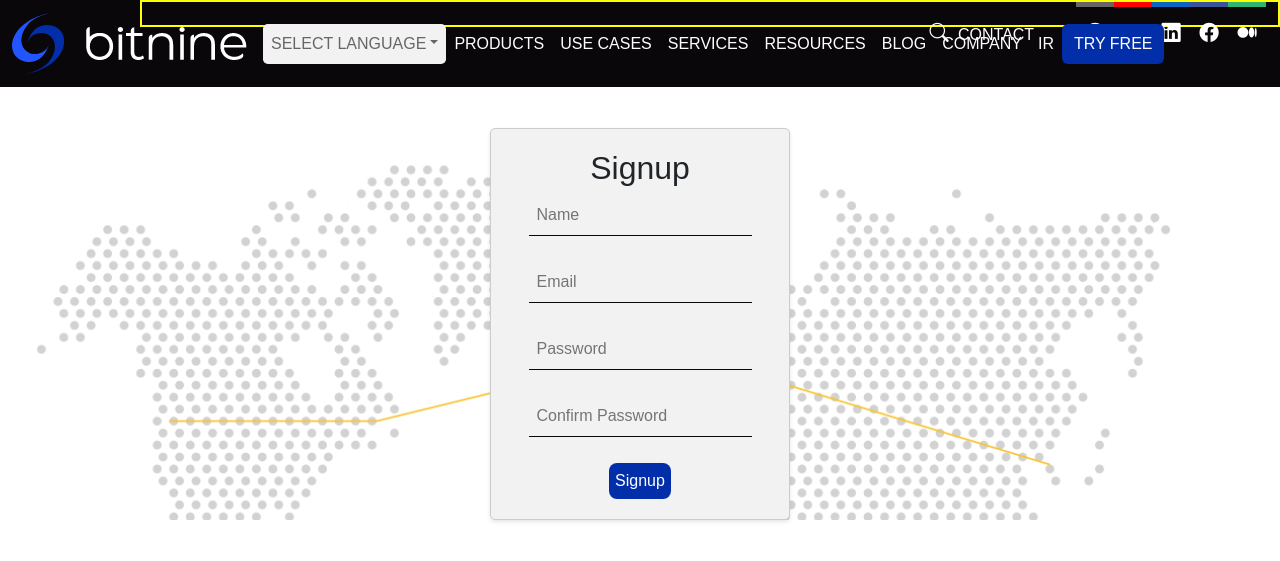
Repository: devblackie/signinpage
Page: /
An editor plug-in stored every save of this project. The page is shown before and after the next save, followed by the edit.
The browser window is 1280 px wide. The pictures show the whole page.
Some web fonts or font styles are not loaded; a fallback is used. The project was rebuilt for these pictures with package versions that can differ from the ones it lists, and the page was loaded fresh each time. Also part of the build but not shown: vite.config.js, src/components/Login.jsx, src/components/Dashboard.jsx, src/components/Home.jsx, src/components/ProtectedDashboard.jsx.

Above is the page before, as saved 2023-08-28 17:26:36.

### index.html
<!doctype html>
<html lang="en">
  <head>
    <meta charset="UTF-8" />
    <link rel="preconnect" href="https://fonts.googleapis.com">
<link rel="preconnect" href="https://fonts.gstatic.com" crossorigin>
<link href="https://fonts.googleapis.com/css2?family=Monda:wght@400;700&display=swap" rel="stylesheet">
    <link rel="stylesheet" href="https://cdn.jsdelivr.net/npm/bootstrap-icons@1.10.5/font/bootstrap-icons.css">
    <link href="https://cdn.jsdelivr.net/npm/bootstrap@5.3.1/dist/css/bootstrap.min.css" rel="stylesheet" integrity="sha384-4bw+/aepP/YC94hEpVNVgiZdgIC5+VKNBQNGCHeKRQN+PtmoHDEXuppvnDJzQIu9" crossorigin="anonymous">
    <meta name="viewport" content="width=device-width, initial-scale=1.0" />
    <title>Bitnine Login</title>
  </head>
  <body>
    <div id="root"></div>
    <script type="module" src="/src/main.jsx"></script>
    <script src="https://cdn.jsdelivr.net/npm/bootstrap@5.3.1/dist/js/bootstrap.bundle.min.js" integrity="sha384-HwwvtgBNo3bZJJLYd8oVXjrBZt8cqVSpeBNS5n7C8IVInixGAoxmnlMuBnhbgrkm" crossorigin="anonymous"></script>
  </body>
</html>

### src/main.jsx
import React from "react";
import ReactDOM from "react-dom";
import App from "./App";
import { UserProvider } from "./components/UserContext";

ReactDOM.render(
  <UserProvider>
    <App />
  </UserProvider>,
  document.getElementById("root")
);

### src/App.jsx
import React, { useState } from "react";
import { BrowserRouter as Router, Route, Routes } from "react-router-dom";
import Signup from "./components/Signup";
import Login from "./components/Login";
import Dashboard from "./components/Dashboard";
import Home from "./components/Home";
import ProtectedDashboard from "./components/ProtectedDashboard";
import "./App.css";

const App = () => {
  const [isAuthenticated, setIsAuthenticated] = useState(false);

  const handleLogin = () => {
    setIsAuthenticated(true);
  };

  return (
    <Router>
      <Routes>
        <Route
          path="/"
          element={
            <div>
              <Signup handleLogin={handleLogin} />
              {/* <Login handleLogin={handleLogin} /> */}
            </div>
          }
        />
        <Route
          path="/dashboard"
          // element={<ProtectedDashboard isAuthenticated={isAuthenticated} />}
          element={<Dashboard />}
        />
        <Route
          path="/home"
          // element={<ProtectedDashboard isAuthenticated={isAuthenticated} />}
          element={<Home />}
        />
      </Routes>
    </Router>
  );
};

export default App;

### src/components/UserContext.jsx
import React, { createContext, useContext, useState } from "react";

const UserContext = createContext();

export function UserProvider({ children }) {
  const [userName, setUserName] = useState("");

  return (
    <UserContext.Provider value={{ userName, setUserName }}>
      {children}
    </UserContext.Provider>
  );
}

export function useUser() {
  return useContext(UserContext);
}

### src/components/Signup.jsx
import React, { useState } from "react";
import "./signup.css";
import { useUser } from "./UserContext";
import { useNavigate } from "react-router-dom";
import Header from "./Header";

const Signup = ({ handleLogin }) => {
  // States for registration
  const [email, setEmail] = useState("");
  const [name, setName] = useState("");
  const [password, setPassword] = useState("");
  const [cpassword, setCPassword] = useState("");
  const [formErrors, setFormErrors] = useState({});
  const navigate = useNavigate();
  const { setUserName } = useUser(); // Ret

  // State for tracking submission status
  const [submissionStatus, setSubmissionStatus] = useState("none"); // Possible values: "none", "success", "error"

  // Handling input changes
  const handleInputChange = (e) => {
    const { name, value } = e.target;
    if (name === "name") setName(value);
    if (name === "email") setEmail(value);
    if (name === "password") setPassword(value);
    if (name === "cpassword") setCPassword(value);
    setSubmissionStatus("none");
  };

  const handleSignform = (e) => {
    e.preventDefault();
    const errors = validateForm();
    if (Object.keys(errors).length === 0) {
      setSubmissionStatus("success");
      setUserName(name); // Set the userName in the context
    } else {
      setFormErrors(errors);
      setSubmissionStatus("error");
    }
  };

  // Form validations
  const validateForm = () => {
    const errors = {};
    const regex = /^[^\s+@]+@[^\s@]+\.[^\s@]{2,}$/i;

    if (!name) errors.name = "Name is required";
    if (!email) errors.email = "Email is required";
    else if (!regex.test(email))
      errors.email = "This is not a valid email format!";

    if (!password) errors.password = "Password is required";
    else if (password.length < 4)
      errors.password = "Password must be more than 4 characters";
    else if (password.length > 10)
      errors.password = "Password cannot exceed more than 10 characters";

    if (!cpassword) errors.cpassword = "Confirm Password is required";
    else if (cpassword !== password)
      errors.cpassword = "Confirm password and password should be the same";
    return errors;
  };

  return (
    <>
      <Header userName={name} />
      <div className="form-container">
        {submissionStatus === "success" ? (
          <div className="success">
            <h1>User {name} successfully registered!!</h1>
            <a onClick={() => navigate("/home")}>
              Click to continue to the main site
            </a>
          </div>
        ) : (
          <form onSubmit={handleSignform}>
            <h2>Signup</h2>
            <input
              type="text"
              name="name"
              placeholder="Name"
              value={name}
              onChange={handleInputChange}
            />
            <p className="error">{formErrors.name}</p>
            <input
              type="email"
              name="email"
              placeholder="Email"
              value={email}
              onChange={handleInputChange}
            />
            <p className="error">{formErrors.email}</p>
            <input
              type="password"
              name="password"
              placeholder="Password"
              value={password}
              onChange={handleInputChange}
            />
            <p className="error">{formErrors.password}</p>
            <input
              type="password"
              placeholder="Confirm Password"
              value={cpassword}
              name="cpassword"
              onChange={handleInputChange}
            />
            <p className="error">{formErrors.cpassword}</p>
            <button className-="bton" type="submit">
              Signup
            </button>
          </form>
        )}
      </div>
    </>
  );
};

export default Signup;

### src/App.css
#root {
  max-width: 1280px;
  margin: 0 auto;
  padding: 2rem;
  text-align: center;
}
.btn1{background-color:#022ea9;
  color:#fff;
  outline:none;
  border:none;}
  .btn1:hover{
    color:orange;
    background-color:#022ea9;
  }


@media (prefers-reduced-motion: no-preference) {
  a:nth-of-type(2) .logo {
    animation: logo-spin infinite 20s linear;
  }
}

.card {
  padding: 2em;
}

.read-the-docs {
  color: #888;
}

### src/components/signup.css
form .error {
  color: red;
  font-size: 12px;
}
.form-container {
  background-image: url("../assets/map2.png");
  background-size: cover;
  background-repeat: no-repeat;
  font-family: "Monda", sans-serif;
  margin-top: 6em;
}
form {
  background-color: #f2f2f2;
  max-width: 300px;
  margin: 0 auto;
  padding: 20px;
  border: 1px solid #ccc;
  border-radius: 5px;
  box-shadow: 0 2px 4px rgba(0, 0, 0, 0.1);
}
form input {
  margin-bottom: 10px;
  padding: 8px;
  border: none;
  border-bottom: 1px solid #09070a;
  /* border-radius: 3px; */
  background-color: transparent;
}
input:focus,
input:focus-visible {
  outline: none;
  background-color: inherit;
}
form button {
  background-color: #022ea9;
  color: #fff;
  outline: none;
  border: none;
  border-radius: 8px;
  padding: 6px;
}
button:hover {
  color: orange;
  background-color: #022ea9;
}

### src/components/Header.jsx
import React from "react";
import "./style/navbar.css";
import {useUser} from "./UserContext"   //Path to UserContext file
import Logo from "../assets/bitnine-logo_.png";

export default function Header() {
  const {userName}= useUser() //Retrieve userName from the context
  return (
    <>
      <div className="fixed-top header">
        <header class="topbar">
          <div class="container">
            <div class="row">
              {/* <!-- social icon--> */}
              <div class="col-sm-12">
                <ul class="social-network">
                  <div className="hovver">
                    <li>
                      <a class="waves-effect waves-dark" id="hovver" href="#">
                        <i class="bi bi-search"></i>
                      </a>
                    </li>
                    <li>
                      <a
                        class="waves-effect waves-dark tact"
                        id="hovver"
                        href="#"
                      >
                        contact
                      </a>
                    </li>
                  </div>
                  <div className="soc">
                    <li id="git">
                      <a class="waves-effect waves-dark" href="#">
                        <i class="bi bi-github"></i>
                      </a>
                    </li>
                    <li id="youtube">
                      <a class="waves-effect waves-dark" href="#">
                        <i class="bi bi-youtube"></i>
                      </a>
                    </li>
                    <li id="in">
                      <a class="waves-effect waves-dark" href="#">
                        <i class="bi bi-linkedin"></i>
                      </a>
                    </li>
                    <li id="fb">
                      <a class="waves-effect waves-dark" href="#">
                        <i class="bi bi-facebook"></i>
                      </a>
                    </li>
                    <li id="medium">
                      <a class="waves-effect waves-dark" href="#">
                        <i class="bi bi-medium"></i>
                      </a>
                    </li>
                  </div>
                </ul>
                <p className="text warning">{userName}</p>
              </div>
            </div>
          </div>
        </header>
        <nav className="navbar navbar-expand-lg">
          <div className="container-fluid">
            <a className="navbar-brand" href="#">
              <img src={`${Logo}`} alt="logo" />
            </a>

            <div
              className="collapse navbar-collapse"
              id="navbarSupportedContent"
            >
              <ul className="navbar-nav me-auto mb-2 mb-lg-0">
                <li className="nav-item dropdown">
                  <a
                    className="nav-link dropdown-toggle color-tertiary"
                    href="#"
                    role="button"
                    data-bs-toggle="dropdown"
                    aria-expanded="false"
                  >
                    Select Language
                  </a>
                  <ul className="dropdown-menu">
                    <li>
                      <a className="dropdown-item" href="#">
                        English
                      </a>
                    </li>
                    <li>
                      <a className="dropdown-item" href="#">
                        한국
                      </a>
                    </li>
                  </ul>
                </li>
                <li className="nav-item">
                  <a className="nav-link" href="#">
                    products
                  </a>
                </li>
                <li className="nav-item">
                  <a className="nav-link" href="#">
                    use cases
                  </a>
                </li>
                <li className="nav-item">
                  <a className="nav-link" href="#">
                    services
                  </a>
                </li>
                <li className="nav-item">
                  <a className="nav-link" href="#">
                    resources
                  </a>
                </li>
                <li className="nav-item">
                  <a className="nav-link" href="#">
                    blog
                  </a>
                </li>
                <li className="nav-item">
                  <a className="nav-link" href="#">
                    company
                  </a>
                </li>
                <li className="nav-item">
                  <a className="nav-link" href="#">
                    ir
                  </a>
                </li>

                <button class="btn btn-outline-primary" type="submit">
                  TRY FREE
                </button>
              </ul>
            </div>
          </div>
        </nav>
      </div>
    </>
  );
}

### src/components/style/navbar.css
.header {
  background-color: #09070a;
  font-family: "Monda", sans-serif;
}
.nav-item .nav-link {
  color: #fff;
  text-transform: uppercase;
}
.nav-item .nav-link:active {
  color: orange;
}
.dropdown {
  background-color: #f2f2f2;
  border-radius: 0.3rem;
  .nav-link {
    color: #666666;
  }
}
.topbar .container {
  border: 2px solid yellow;
  position: absolute;
  right: 0;
}

.topbar .container .row {
  /* margin: -7px; */
}

ul.social-network {
  border: none;
  display: flex;
  list-style: none;
  margin: 5px 0  -25px;
  float: right;
}
ul.social-network .hovver {
  margin-right: 3rem;
}
ul.social-network .soc {
  margin-left: 2rem;
  margin-right: 0;
}
ul.social-network .soc #git,
#youtube,
#in,
#fb,
#medium {
  position: relative;
}
ul.social-network .soc #git::before {
  content: "";
  position: absolute;
  top: -100%;
  left: 0;
  width: 100%;
  height: 100%;
  background-color: #666666;
  transition: top 0.3s ease; /* Transition effect for sliding */
  z-index: -1;
}
ul.social-network .soc #git:hover::before,
ul.social-network .soc #youtube:hover::before,
ul.social-network .soc #in:hover::before,
ul.social-network .soc #fb:hover::before,
ul.social-network .soc #medium:hover::before {
  top: 0; /* Slide the background from the top */
}

ul.social-network .soc #youtube::before {
  content: "";
  position: absolute;
  top: -100%;
  left: 0;
  width: 100%;
  height: 100%;
  background-color: red;
  transition: top 0.3s ease; /* Transition effect for sliding */
  z-index: -1;
}
ul.social-network .soc #in::before {
  content: "";
  position: absolute;
  top: -100%;
  left: 0;
  width: 100%;
  height: 100%;
  background-color: #0a66c2;
  transition: top 0.3s ease; /* Transition effect for sliding */
  z-index: -1;
}
ul.social-network .soc #fb::before {
  content: "";
  position: absolute;
  top: -100%;
  left: 0;
  width: 100%;
  height: 100%;
  background-color: #395498;
  transition: top 0.3s ease; /* Transition effect for sliding */
  z-index: -1;
}
ul.social-network .soc #medium::before {
  content: "";
  position: absolute;
  top: -100%;
  left: 0;
  width: 100%;
  height: 100%;
  background-color: #30b570;
  transition: top 0.3s ease; /* Transition effect for sliding */
  z-index: -1;
}

ul.social-network .soc li {
  border: none;
  margin: 0;
}
ul.social-network li a {
  text-decoration: none;
  text-transform: uppercase;
}
ul.social-network li a#hovver:hover {
  color: #666666;
  font-weight: 700;
  font-family: "Monda", sans-serif;
}

ul.social-network li i {
  font-size: 1.2rem;
  margin: 0;
}

ul.social-network li {
  padding: 13px 0 0;
  width: 38px;
  display: inline-block;
  text-align: center;
  height: 40px;
  vertical-align: baseline;
}

.btn {
  background-color: #022ea9;
  color: #fff;
  outline: none;
  border: none;
}
.btn:hover {
  color: orange;
  background-color: #022ea9;
}
.waves-effect {
  color: #fff;
}

After the next save:
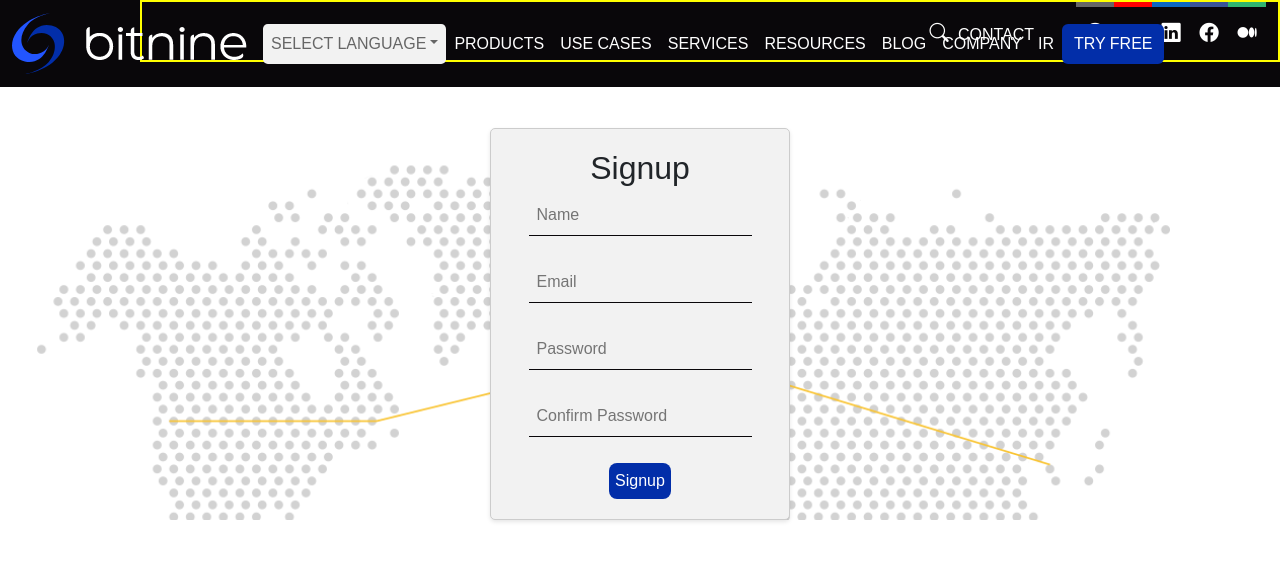
Saved 10 s later.
--- a/src/components/style/navbar.css
+++ b/src/components/style/navbar.css
@@ -30,7 +30,7 @@
   border: none;
   display: flex;
   list-style: none;
-  margin: 5px 0  -25px;
+  margin: 5px 0 10px -25px;
   float: right;
 }
 ul.social-network .hovver {
